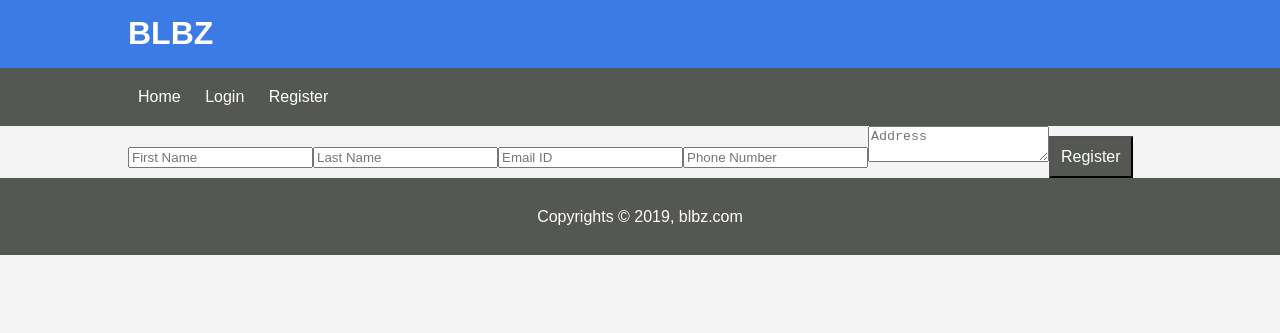
Repository: Kutty39/WebApps
Page: http://localhost/WebPageApp1/editpage.jsp
These files come from the project's save history. The page is drawn as it stood at one moment and after the next save; the edit follows.
The browser window is 1280 px wide. The pictures show the whole page.
The page is served by Tomcat 9.

Above is the page before, as saved 2019-12-09 13:05:10.

After the next save:
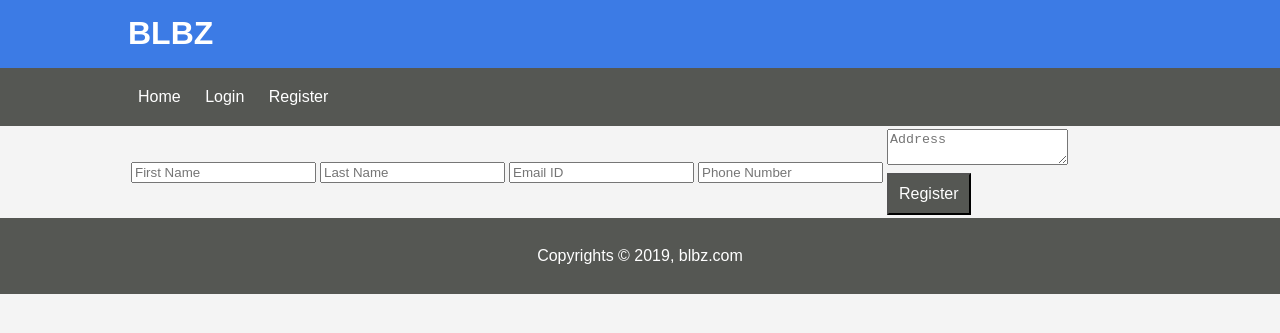
Saved 4 min 10 s later.
--- a/LoginRegistrationPage/WebPageApp1/src/main/webapp/editpage.jsp
+++ b/LoginRegistrationPage/WebPageApp1/src/main/webapp/editpage.jsp
@@ -5,7 +5,8 @@
 <head>
 <title>My Page</title>
 <link href="CSS/mycss.css" rel="stylesheet" type="text/css">
-<script	src="https://ajax.googleapis.com/ajax/libs/jquery/3.4.1/jquery.min.js"></script>
+<script
+	src="https://ajax.googleapis.com/ajax/libs/jquery/3.4.1/jquery.min.js"></script>
 <script src="JS/myjs.js"></script>
 </head>
 <body>
@@ -20,7 +21,7 @@
 				<li><a class="button home">Home</a></li>
 				<li><a class="button login">Login</a></li>
 				<li><a class="button register">Register</a></li>
-				<li><a class="button data"  hidden>Date Tab</a></li>
+				<li><a class="button data" hidden>Date Tab</a></li>
 				<li><a class="button userprof" hidden>User Profile</a></li>
 				<li><a class="button logout" hidden>Log Out</a></li>
 			</ul>
@@ -28,24 +29,28 @@
 	</nav>
 	<section class="main">
 		<div id="ajx" class="container">
-		<table>
-		<tr>
-		<form id="tblForm" class="my-form-tbl" method="POST">
-	<input type="text" name="fname" placeholder="First Name"
-		required="required"> <input type="text" name="lname"
-		required="required" placeholder="Last Name">
-	<p class="hd-lbl eid" hidden>*Mandatory field</p>
-	<input type="text" id="eid" name="eid" required="required"
-		placeholder="Email ID">
-	<p class="hd-lbl phn" hidden>*Mandatory field</p>
-	<input type="text" name="phn" required="required"
-		placeholder="Phone Number">
-	<textarea name="adrs" required="required" placeholder="Address"></textarea>
-	<input id="regBtn" class="button" type="submit" value="Register">
-</form>
-</tr>
-</table>
-</div>
+			<table>
+				<tr>
+					<td><input type="text" name="fname" placeholder="First Name"
+						required="required"></td>
+					<td><input type="text" name="lname" required="required"
+						placeholder="Last Name"></td>
+					<td>
+						<p class="hd-lbl eid" hidden>*Mandatory field</p> <input
+						type="text" id="eid" name="eid" required="required"
+						placeholder="Email ID">
+					</td>
+					<td>
+						<p class="hd-lbl phn" hidden>*Mandatory field</p> <input
+						type="text" name="phn" required="required"
+						placeholder="Phone Number">
+					</td>
+					<td><textarea name="adrs" required="required"
+							placeholder="Address"></textarea> <input id="regBtn"
+						class="button" type="submit" value="Register"></td>
+				</tr>
+			</table>
+		</div>
 	</section>
 	<footer>
 		<div class="container">Copyrights &copy; 2019, blbz.com</div>
